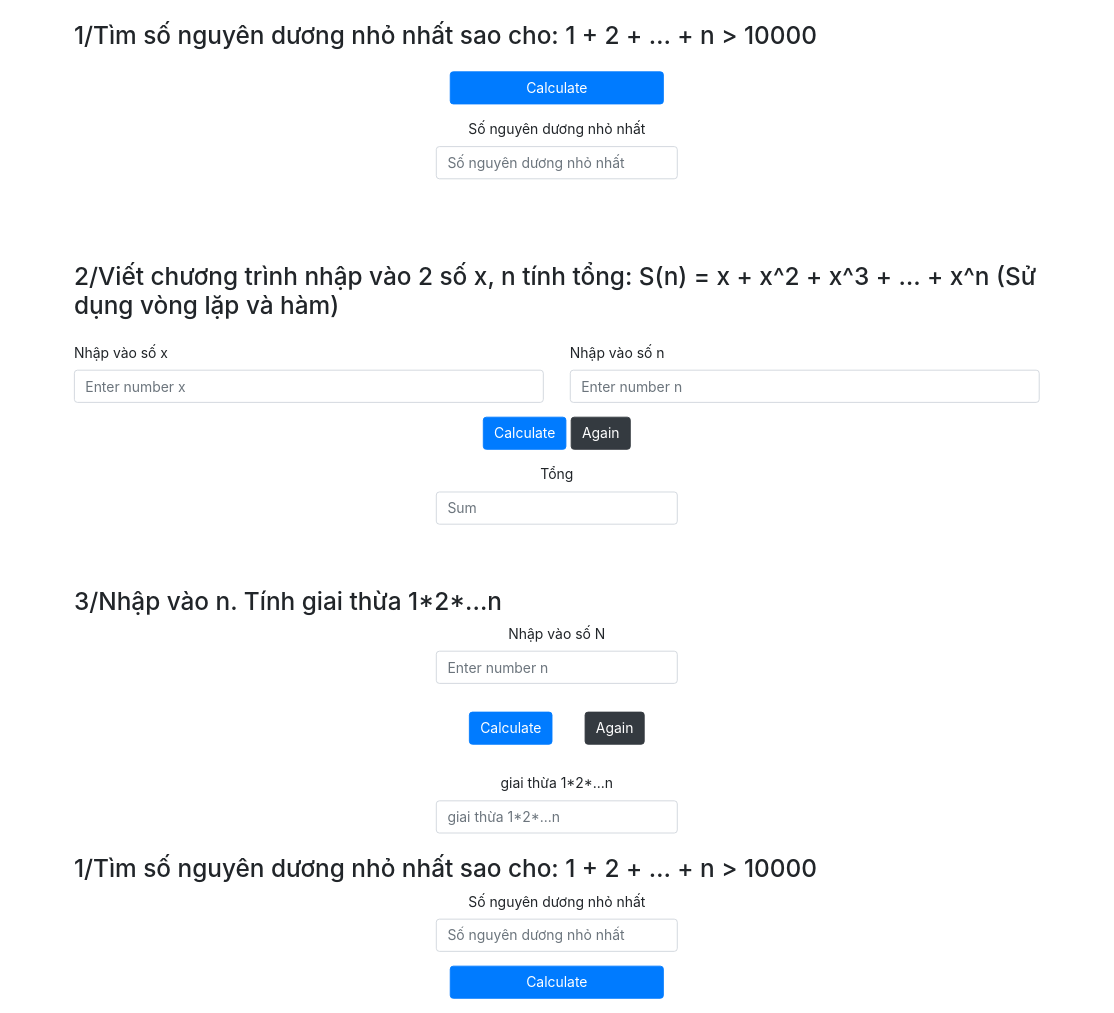
Repository: baobaodeveloper/bootcamp21__loop__HuynhAnhBao
Page: index.html
These files come from the project's save history. The page is drawn as it stood at one moment and after the next save; the edit follows.
The browser window is 1280 px wide. The pictures show the whole page, at 87% of full size.

Above is the page before, as saved 2022-03-17 19:15:20.

After the next save:
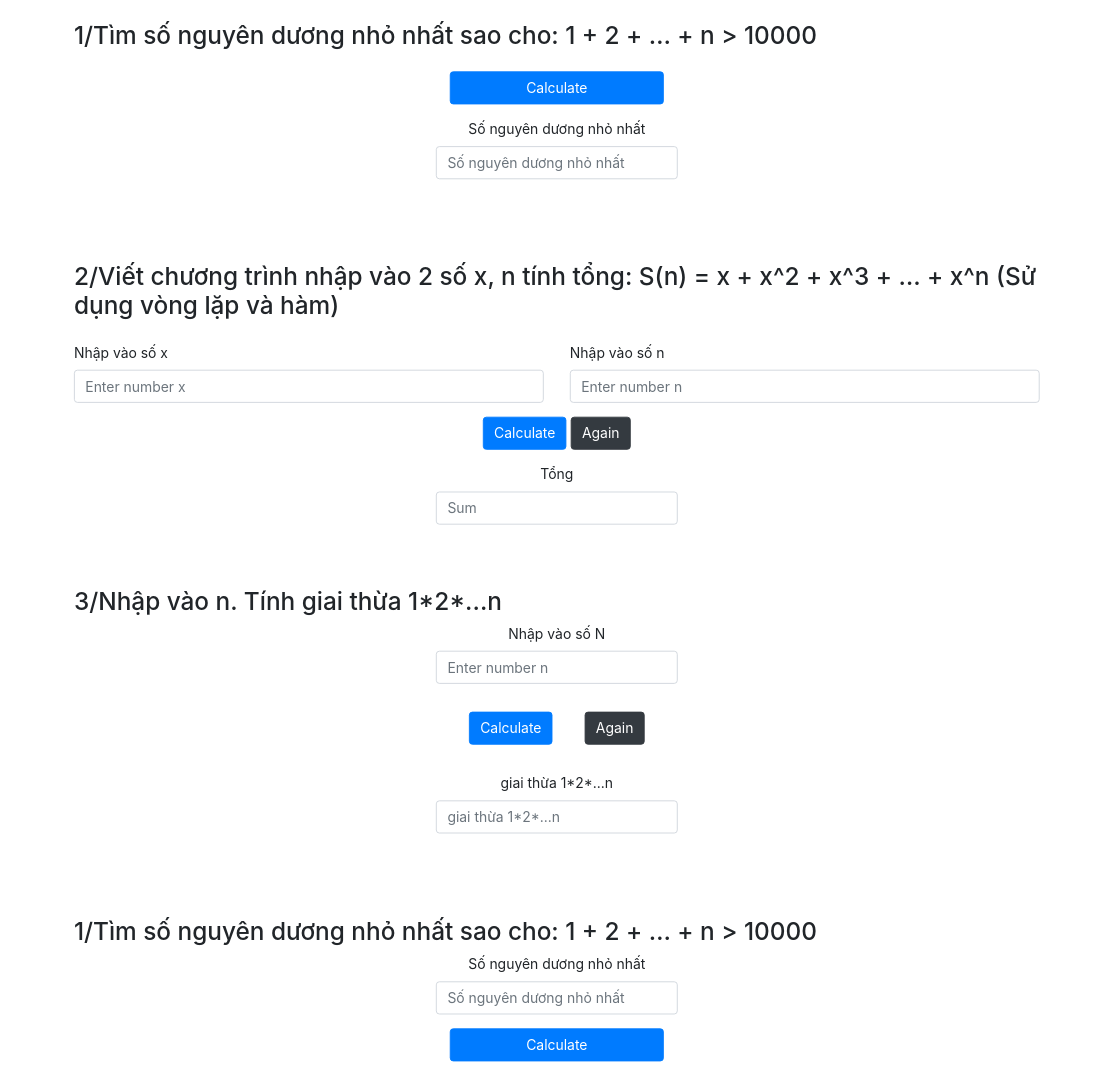
Saved 17 s later.
--- a/index.html
+++ b/index.html
@@ -125,7 +125,7 @@
 
     <!--4/Hãy viết chương trình khi click vào button sẽ in ra 10 thẻ div. Nếu div nào vị trí chẵn thì
     background màu đỏ và lẻ thì background màu xanh.-->
-    <div class="container mt-4">
+    <div class="container mt-5 pt-5">
       <h3>1/Tìm số nguyên dương nhỏ nhất sao cho: 1 + 2 + … + n > 10000</h3>
       <div class="mb-3 flex-md-column d-flex w-25 m-auto text-center">
         <label class="form-label">Số nguyên dương nhỏ nhất</label>
